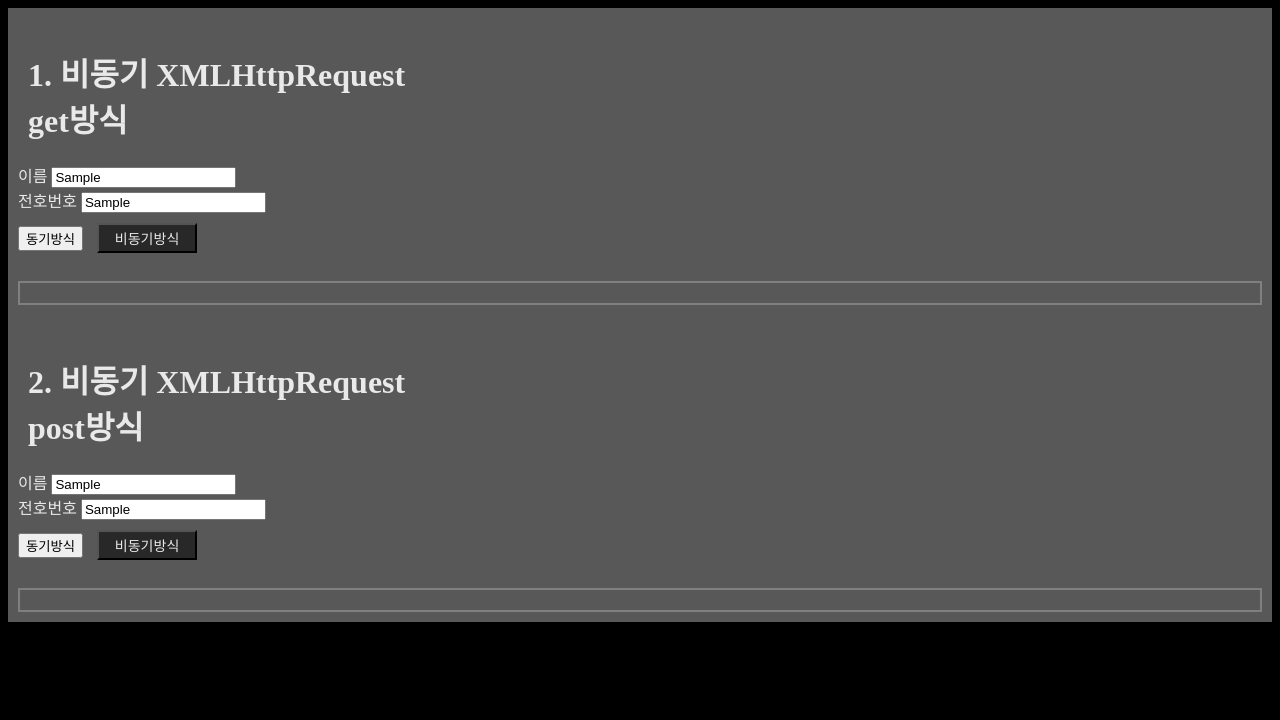
Repository: prawniel99/05_JQuery
Page: workspace/jqpro/WebContent/비동기3_XMLRequest/test1.html
These files come from the project's save history. The page is drawn as it stood at one moment and after the next save; the edit follows.
The browser window is 1280 px wide. The pictures show the whole page.
Empty fields were first filled with sample values (such as "Sample", 5 or name@example.com).
After loading, the first visible `#asynpost` was clicked once.

Above is the page before, as saved 2024-08-22 01:12:15.

### workspace/jqpro/WebContent/비동기3_XMLRequest/test1.html
<!DOCTYPE html>
<html lang="kr">
<head>
    <meta charset="UTF-8">
    <meta name="viewport" content="width=device-width, initial-scale=1.0">
    <title>XMLHttpRequest</title>

    <link rel="stylesheet" href="../css/public.css">
    <script src="../js/jquery-3.7.1.js"></script>

    <style>

    </style>

    <script>

        const xhr = new XMLHttpRequest();


        $(()=>{

        	// 비동기 post
        	$('#asynpost').on('click', ()=>{
        		// 입력한 값을 가져온다. id 속성을 이용
                vname = $('#namep').val().trim();
                vtel = $('#telp').val().trim();

                // 요청
                data = 'name='+vname+'&tel='+vtel;
                xhr.open('post', 'test1.jsp', true); // true는 비동기다 라는 뜻
                xhr.setRequestHeader('Content-type', 'application/x-www-form-urlencoded');
                xhr.send(data); // parameter로 변수로 만들어 넣든, 직접 써넣든 하면 됨

                xhr.onload = function(){

                }
        	})

        	// 비동기 get
            $('#asynb').on('click', ()=>{

                // name속성을 이용
                // vname = document.ff1.name.value;
                // vtel = document.ff1.tel.value;
                // console.log(vname, vtel);

                // 입력한 값을 가져온다. id 속성을 이용
                vname = $('#name').val().trim(); // id가 name인것의 값을 앞뒤 공백 지우고 가져오기
                vtel = $('#tel').val().trim();

                // 서버로 전송 - 요청
                xhr.open('get', 'test1.jsp?name='+vname+'&tel='+vtel, true); // jsp?name= 뒤에 공백 있으면 안됨 $tel=뒤에도 있으면 안됨
                xhr.send();

                // 응답
                // xhr.onload = function(){
                // onreadystatechange로 readystate가 변하는 것을 확인할 수 있음
                xhr.onreadystatechange = function(){ // onreadystate가 method로 쓰일때는 전부 소문자
                	// alert(this.readyState); // 숫자 뜨는거 확인하기
                	if(this.readyState==4 && this.status==200){
                		res = this.responseText;

                		$('#result1').html(res);
                	}
                }
            })
        })
    </script>

</head>

<body>

    <div class="box">
        <h1>
        	1. 비동기 XMLHttpRequest<br>get방식
        </h1>

        <form id="ff1" name="ff1" action="test1.jsp" method="get">
            이름 <input type="text" name="name" id="name"><br>
            전호번호 <input type="text" name="tel" id="tel"><br>
            <input type="submit" value="동기방식"> <!-- submit은 하나의 form 안에 1개만 가능 -->
            <input type="button" value="비동기방식" id="asynb">
        </form><br>

        <div id="result1"></div>
    </div>

    <div class="box">
        <h1>
        	2. 비동기 XMLHttpRequest<br>post방식
        </h1>

        <form id="ff1" name="ff1" action="test1.jsp" method="post">

            이름 <input type="text" name="name" id="namep"><br>
            전호번호 <input type="text" name="tel" id="telp"><br>

            <input type="submit" value="동기방식">
            <input type="button" value="비동기방식" id="asynpost">

        </form><br>

        <div id="result2"></div>
    </div>

</body>

</html>

### workspace/jqpro/WebContent/css/public.css
@charset "UTF-8";

body {
	background-color: black;
	color: rgb(233, 233, 233);
}

pre {
	text-align: left;
	font-weight: bold;
	border-left: none;
	border-right: none;
	border-top: 11px double rgba(120,20,20,1);
	border-bottom: 11px double rgba(120,20,20,1);
	background: rgb(222,222,222);
}

h1 {
	padding-left: 10px;
	padding-top: 10px;
}

h3 {
	margin: 10px;
	margin-bottom: 10px;
}

div {
	border: 2px solid grey;
	padding: 10px;
	/* margin: 10px; */
}

.box {
	border: none;
	/* background-image: linear-gradient(rgba(255,155,155), rgba(155,255,155)); */
	background-color: rgb(88, 88, 88);
	/* margin: 10px; */
	/* padding: 20px; */
}

.box input[type=button] {
	margin: 10px;
	background: rgb(40,40,40);
	color: rgb(233, 233, 233);
	font-size: 14px;
	/* padding: 0; */
	width: 100px;
	height: 30px;
	/* border-radius: 10px; */
}


#res {
	display: flex;
	flex-direction: row;
}

.item {
	flex: 25%;
	margin: 3px;
	padding: 2px;
}

Loaded but not shown: workspace/jqpro/WebContent/js/jquery-3.7.1.js (library)

After the next save:
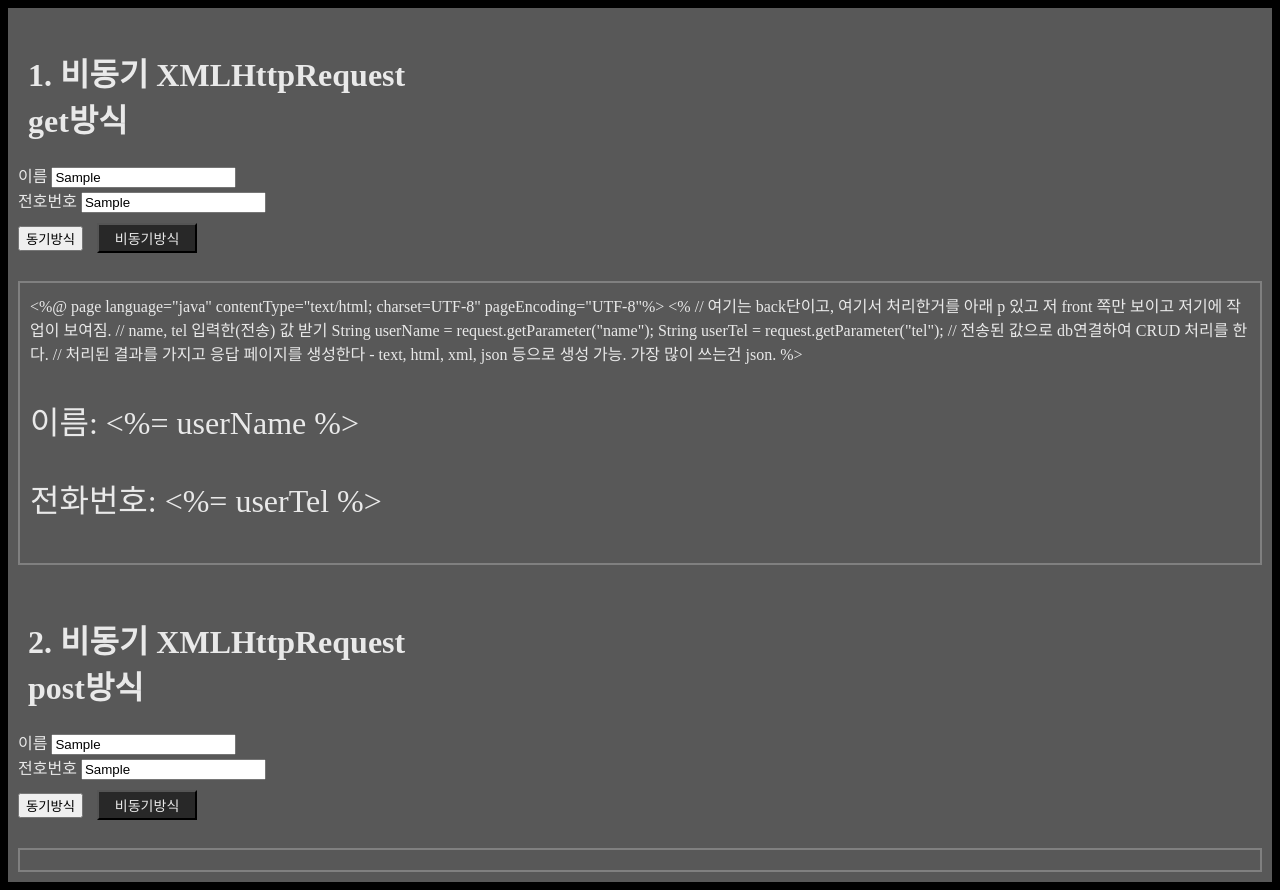
Saved 7 s later.
--- a/workspace/jqpro/WebContent/비동기3_XMLRequest/test1.html
+++ b/workspace/jqpro/WebContent/비동기3_XMLRequest/test1.html
@@ -32,7 +32,11 @@
                 xhr.send(data); // parameter로 변수로 만들어 넣든, 직접 써넣든 하면 됨
 
                 xhr.onload = function(){
+                	if(this.readyState==4 && this.status==200){
+                		res = this.responseText;
 
+                		$('#result1').html(res);
+                	}
                 }
         	})
 
